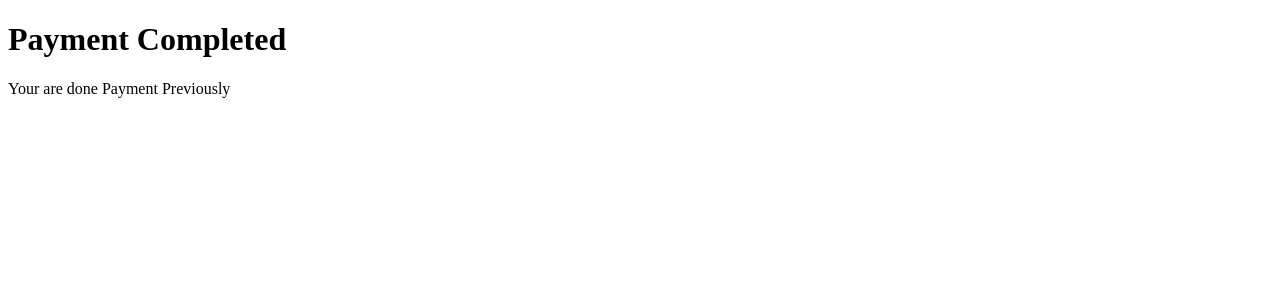
Repository: dinesh2004-dev/Projects
Page: farm-rental-equipment-system/Farm-Rental-System/src/main/resources/static/Refund.html
An editor plug-in stored every save of this project. The page is shown before and after the next save, followed by the edit.
The browser window is 1280 px wide. The pictures show the whole page.

Above is the page before, as saved 2025-05-15 06:35:29.

### farm-rental-equipment-system/Farm-Rental-System/src/main/resources/static/Refund.html
<!DOCTYPE html>
<html>

<head>
    <title>Payment completed!</title>
</head>

<body>
    <h1>Payment Completed</h1>
    <p>Your are done Payment Previously</p>

</body>

</html>

After the next save:
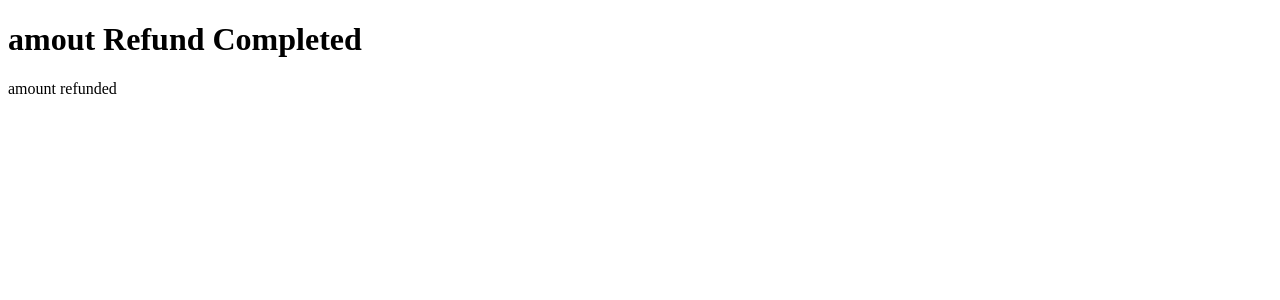
Saved 69 s later.
--- a/farm-rental-equipment-system/Farm-Rental-System/src/main/resources/static/Refund.html
+++ b/farm-rental-equipment-system/Farm-Rental-System/src/main/resources/static/Refund.html
@@ -2,12 +2,12 @@
 <html>
 
 <head>
-    <title>Payment completed!</title>
+    <title>Refunded</title>
 </head>
 
 <body>
-    <h1>Payment Completed</h1>
-    <p>Your are done Payment Previously</p>
+    <h1>amout Refund Completed</h1>
+    <p>amount refunded</p>
 
 </body>
 
